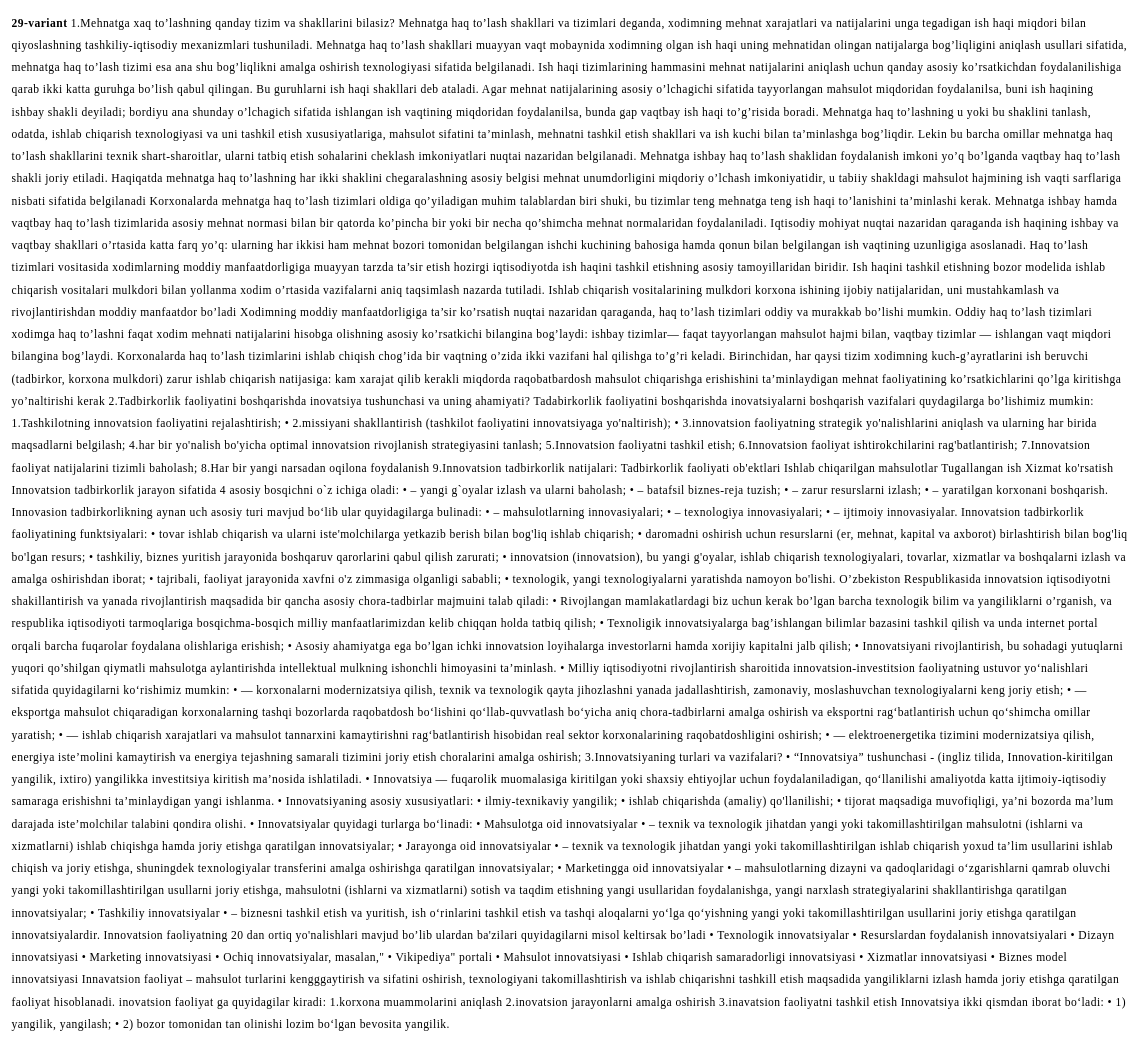
Repository: Ikromkhurozov/tsue-exam-answers
Page: index.html
The author's editor kept a copy of each file at every save. The page is drawn from the files as they stood at one save, then again after the next save.
The browser window is 1280 px wide. The pictures show the whole page, at 89% of full size.

Above is the page before, as saved 2024-01-15 00:55:52.

### index.html
<!DOCTYPE html>
<html lang="en">
  <head>
    <meta charset="UTF-8" />
    <meta name="viewport" content="width=device-width, initial-scale=1.0" />
    <title>Document</title>
    <style>
      mark {
        font-weight: bold;
      }

      div {
        padding: 5px;
      }

      * {
        letter-spacing: 0.5px;
        line-height: 25px;
        font-size: 13px;
      }
    </style>
  </head>
  <body>

   <div>


      <b>29-variant</b>
1.Mehnatga xaq to’lashning qanday tizim va shakllarini bilasiz? Mehnatga haq to’lash shakllari va tizimlari deganda, xodimning mehnat xarajatlari va natijalarini unga tegadigan ish haqi miqdori bilan qiyoslashning tashkiliy-iqtisodiy mexanizmlari tushuniladi. Mehnatga haq to’lash shakllari muayyan vaqt mobaynida xodimning olgan ish haqi uning mehnatidan olingan natijalarga bog’liqligini aniqlash usullari sifatida, mehnatga haq to’lash tizimi esa ana shu bog’liqlikni amalga oshirish texnologiyasi sifatida belgilanadi.
Ish haqi tizimlarining hammasini mehnat natijalarini aniqlash uchun qanday asosiy ko’rsatkichdan foydalanilishiga qarab ikki katta guruhga bo’lish qabul qilingan. Bu guruhlarni ish haqi shakllari deb ataladi. Agar mehnat natijalarining asosiy o’lchagichi sifatida tayyorlangan mahsulot miqdoridan foydalanilsa, buni ish haqining ishbay shakli deyiladi; bordiyu ana shunday o’lchagich sifatida ishlangan ish vaqtining miqdoridan foydalanilsa, bunda gap vaqtbay ish haqi to’g’risida boradi.
Mehnatga haq to’lashning u yoki bu shaklini tanlash, odatda, ishlab chiqarish texnologiyasi va uni tashkil etish xususiyatlariga, mahsulot sifatini ta’minlash, mehnatni tashkil etish shakllari va ish kuchi bilan ta’minlashga bog’liqdir. Lekin bu barcha omillar mehnatga haq to’lash shakllarini texnik shart-sharoitlar, ularni tatbiq etish sohalarini cheklash imkoniyatlari nuqtai nazaridan belgilanadi. Mehnatga ishbay haq to’lash shaklidan foydalanish imkoni yo’q bo’lganda vaqtbay haq to’lash shakli joriy etiladi. Haqiqatda mehnatga haq to’lashning har ikki shaklini chegaralashning asosiy belgisi mehnat unumdorligini miqdoriy o’lchash imkoniyatidir, u tabiiy shakldagi mahsulot hajmining ish vaqti sarflariga nisbati sifatida belgilanadi
Korxonalarda mehnatga haq to’lash tizimlari oldiga qo’yiladigan muhim talablardan biri shuki, bu tizimlar teng mehnatga teng ish haqi to’lanishini ta’minlashi kerak.
Mehnatga ishbay hamda vaqtbay haq to’lash tizimlarida asosiy mehnat normasi bilan bir qatorda ko’pincha bir yoki bir necha qo’shimcha mehnat normalaridan foydalaniladi.
Iqtisodiy mohiyat nuqtai nazaridan qaraganda ish haqining ishbay va vaqtbay shakllari o’rtasida katta farq yo’q: ularning har ikkisi ham mehnat bozori tomonidan belgilangan ishchi kuchining bahosiga hamda qonun bilan belgilangan ish vaqtining uzunligiga asoslanadi.
Haq to’lash tizimlari vositasida xodimlarning moddiy manfaatdorligiga muayyan tarzda ta’sir etish hozirgi iqtisodiyotda ish haqini tashkil etishning asosiy tamoyillaridan biridir. Ish haqini tashkil etishning bozor modelida ishlab chiqarish vositalari mulkdori bilan yollanma xodim o’rtasida vazifalarni aniq taqsimlash nazarda tutiladi. Ishlab chiqarish vositalarining mulkdori korxona ishining ijobiy natijalaridan, uni mustahkamlash va rivojlantirishdan moddiy manfaatdor bo’ladi
Xodimning moddiy manfaatdorligiga ta’sir ko’rsatish nuqtai nazaridan qaraganda, haq to’lash tizimlari oddiy va murakkab bo’lishi mumkin. Oddiy haq to’lash tizimlari xodimga haq to’lashni faqat xodim mehnati natijalarini hisobga olishning asosiy ko’rsatkichi bilangina bog’laydi: ishbay tizimlar— faqat tayyorlangan mahsulot hajmi bilan, vaqtbay tizimlar — ishlangan vaqt miqdori bilangina bog’laydi.
Korxonalarda haq to’lash tizimlarini ishlab chiqish chog’ida bir vaqtning o’zida ikki vazifani hal qilishga to’g’ri keladi. Birinchidan, har qaysi tizim xodimning kuch-g’ayratlarini ish beruvchi (tadbirkor, korxona mulkdori) zarur ishlab chiqarish natijasiga: kam xarajat qilib kerakli miqdorda raqobatbardosh mahsulot chiqarishga erishishini ta’minlaydigan mehnat faoliyatining ko’rsatkichlarini qo’lga kiritishga yo’naltirishi kerak

2.Tadbirkorlik faoliyatini boshqarishda inovatsiya tushunchasi va uning ahamiyati?
Tadabirkorlik faoliyatini boshqarishda inovatsiyalarni boshqarish vazifalari quydagilarga bo’lishimiz mumkin: 1.Tashkilotning innovatsion faoliyatini rejalashtirish;
•	2.missiyani shakllantirish (tashkilot faoliyatini innovatsiyaga yo'naltirish);
•	3.innovatsion faoliyatning strategik yo'nalishlarini aniqlash va ularning har birida maqsadlarni belgilash; 4.har bir yo'nalish bo'yicha optimal innovatsion rivojlanish strategiyasini tanlash; 5.Innovatsion faoliyatni tashkil etish; 6.Innovatsion faoliyat ishtirokchilarini rag'batlantirish; 7.Innovatsion faoliyat natijalarini tizimli baholash; 8.Har bir yangi narsadan oqilona foydalanish 9.Innovatsion tadbirkorlik natijalari: Tadbirkorlik faoliyati ob'ektlari Ishlab chiqarilgan mahsulotlar Tugallangan ish Xizmat ko'rsatish
Innovatsion tadbirkorlik jarayon sifatida 4 asosiy bosqichni o`z ichiga oladi:
•	– yangi g`oyalar izlash va ularni baholash;
•	– batafsil biznes-reja tuzish;
•	– zarur resurslarni izlash;
•	– yaratilgan korxonani boshqarish.

Innovasion tadbirkorlikning aynan uch asosiy turi mavjud boʻlib ular quyidagilarga bulinadi:
•	– mahsulotlarning innovasiyalari;
•	– texnologiya innovasiyalari;
•	– ijtimoiy innovasiyalar.

Innovatsion tadbirkorlik faoliyatining funktsiyalari:
•	tovar ishlab chiqarish va ularni iste'molchilarga yetkazib berish bilan bog'liq ishlab chiqarish;
•	daromadni oshirish uchun resurslarni (er, mehnat, kapital va axborot) birlashtirish bilan bog'liq bo'lgan resurs;
•	tashkiliy, biznes yuritish jarayonida boshqaruv qarorlarini qabul qilish zarurati;
•	innovatsion (innovatsion), bu yangi g'oyalar, ishlab chiqarish texnologiyalari, tovarlar, xizmatlar va boshqalarni izlash va amalga oshirishdan iborat;
•	tajribali, faoliyat jarayonida xavfni o'z zimmasiga olganligi sababli;
•	texnologik, yangi texnologiyalarni yaratishda namoyon bo'lishi.
	O’zbekiston Respublikasida innovatsion iqtisodiyotni shakillantirish va yanada rivojlantirish maqsadida bir qancha asosiy chora-tadbirlar majmuini talab qiladi:
•	Rivojlangan mamlakatlardagi biz uchun kerak bo’lgan barcha texnologik bilim va yangiliklarni o’rganish, va respublika iqtisodiyoti tarmoqlariga bosqichma-bosqich milliy manfaatlarimizdan kelib chiqqan holda tatbiq qilish;
•	Texnoligik innovatsiyalarga bag’ishlangan bilimlar bazasini tashkil qilish va unda internet portal orqali barcha fuqarolar foydalana olishlariga erishish;
•	Asosiy ahamiyatga ega bo’lgan ichki innovatsion loyihalarga investorlarni hamda xorijiy kapitalni jalb qilish;
•	Innovatsiyani rivojlantirish, bu sohadagi yutuqlarni yuqori qo’shilgan qiymatli mahsulotga aylantirishda intellektual mulkning ishonchli himoyasini ta’minlash.
•		Milliy iqtisodiyotni rivojlantirish sharoitida innovatsion-investitsion faoliyatning ustuvor yo‘nalishlari sifatida quyidagilarni ko‘rishimiz mumkin:
•	— korxonalarni modernizatsiya qilish, texnik va texnologik qayta jihozlashni yanada jadallashtirish, zamonaviy, moslashuvchan texnologiyalarni keng joriy etish;
•	— eksportga mahsulot chiqaradigan korxonalarning tashqi bozorlarda raqobatdosh bo‘lishini qo‘llab-quvvatlash bo‘yicha aniq chora-tadbirlarni amalga oshirish va eksportni rag‘batlantirish uchun qo‘shimcha omillar yaratish;
•	— ishlab chiqarish xarajatlari va mahsulot tannarxini kamaytirishni rag‘batlantirish hisobidan real sektor korxonalarining raqobatdoshligini oshirish;
•	— elektroenergetika tizimini modernizatsiya qilish, energiya iste’molini kamaytirish va energiya tejashning samarali tizimini joriy etish choralarini amalga oshirish;


3.Innovatsiyaning turlari va vazifalari?
•	“Innovatsiya”  tushunchasi - (ingliz tilida, Innovation-kiritilgan yangilik, ixtiro) yangilikka  investitsiya    kiritish     ma’nosida ishlatiladi.
•	Innovatsiya — fuqarolik muomalasiga kiritilgan yoki shaxsiy ehtiyojlar uchun foydalaniladigan, qo‘llanilishi amaliyotda katta ijtimoiy-iqtisodiy samaraga erishishni ta’minlaydigan yangi ishlanma.
•	Innovatsiyaning asosiy xususiyatlari:
•	ilmiy-texnikaviy yangilik;
•	ishlab chiqarishda (amaliy) qo'llanilishi;
•	tijorat maqsadiga muvofiqligi, ya’ni bozorda ma’lum darajada iste’molchilar
talabini qondira olishi.

•	Innovatsiyalar quyidagi turlarga bo‘linadi:
•	Mahsulotga oid innovatsiyalar
•	–  texnik va texnologik jihatdan yangi yoki takomillashtirilgan mahsulotni (ishlarni va xizmatlarni) ishlab chiqishga hamda joriy etishga qaratilgan innovatsiyalar;
•	Jarayonga oid innovatsiyalar
•	– texnik va texnologik jihatdan yangi yoki takomillashtirilgan ishlab chiqarish yoxud ta’lim usullarini ishlab chiqish va joriy etishga, shuningdek texnologiyalar transferini amalga oshirishga qaratilgan innovatsiyalar;
•	Marketingga oid innovatsiyalar
•	– mahsulotlarning dizayni va qadoqlaridagi o‘zgarishlarni qamrab oluvchi yangi yoki takomillashtirilgan usullarni joriy etishga, mahsulotni (ishlarni va xizmatlarni) sotish va taqdim etishning yangi usullaridan foydalanishga, yangi narxlash strategiyalarini shakllantirishga qaratilgan innovatsiyalar;
•	Tashkiliy innovatsiyalar
•	– biznesni tashkil etish va yuritish, ish o‘rinlarini tashkil etish va tashqi aloqalarni yo‘lga qo‘yishning yangi yoki takomillashtirilgan usullarini joriy etishga qaratilgan innovatsiyalardir.

Innovatsion faoliyatning 20 dan ortiq yo'nalishlari mavjud bo’lib ulardan ba'zilari quyidagilarni misol keltirsak bo’ladi
•	Texnologik innovatsiyalar
•	Resurslardan foydalanish innovatsiyalari
•	Dizayn innovatsiyasi
•	Marketing innovatsiyasi
•	Ochiq innovatsiyalar, masalan,"
•	Vikipediya" portali
•	Mahsulot innovatsiyasi
•	Ishlab chiqarish samaradorligi innovatsiyasi
•	Xizmatlar innovatsiyasi
•	Biznes model innovatsiyasi

Innavatsion faoliyat – mahsulot turlarini kengggaytirish va sifatini oshirish, texnologiyani takomillashtirish va ishlab chiqarishni  tashkill etish maqsadida yangiliklarni izlash hamda joriy etishga qaratilgan faoliyat hisoblanadi. inovatsion faoliyat ga quyidagilar kiradi: 1.korxona muammolarini aniqlash 2.inovatsion jarayonlarni amalga oshirish 3.inavatsion faoliyatni tashkil etish
Innovatsiya ikki qismdan iborat bo‘ladi:
•	1) yangilik, yangilash;
•	2) bozor tomonidan tan olinishi lozim bo‘lgan bevosita yangilik.






   </div>

  </body>
</html>

After the next save:
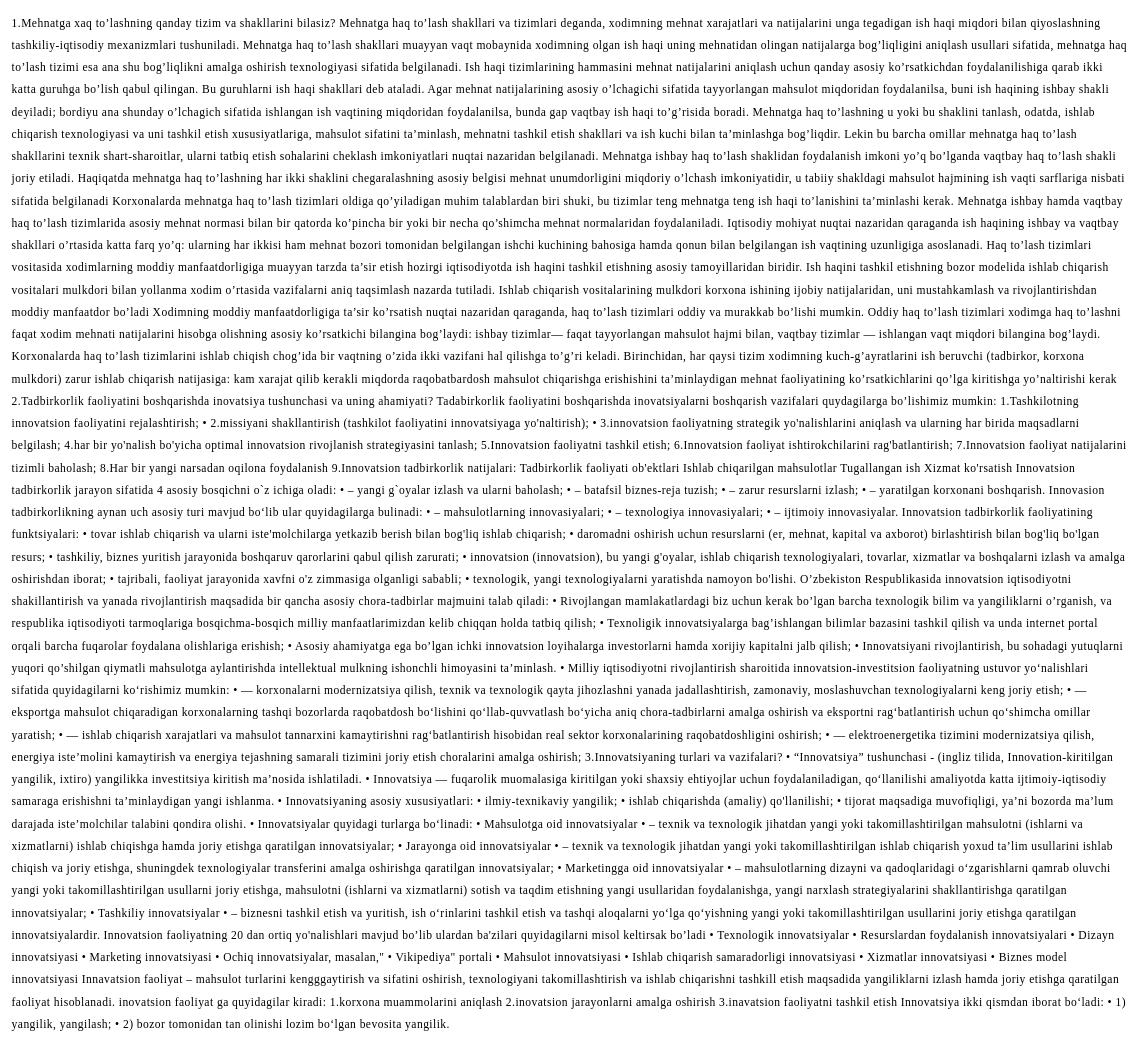
Saved 6 s later.
--- a/index.html
+++ b/index.html
@@ -25,7 +25,7 @@
    <div>
 
 
-      <b>29-variant</b>
+
 1.Mehnatga xaq to’lashning qanday tizim va shakllarini bilasiz? Mehnatga haq to’lash shakllari va tizimlari deganda, xodimning mehnat xarajatlari va natijalarini unga tegadigan ish haqi miqdori bilan qiyoslashning tashkiliy-iqtisodiy mexanizmlari tushuniladi. Mehnatga haq to’lash shakllari muayyan vaqt mobaynida xodimning olgan ish haqi uning mehnatidan olingan natijalarga bog’liqligini aniqlash usullari sifatida, mehnatga haq to’lash tizimi esa ana shu bog’liqlikni amalga oshirish texnologiyasi sifatida belgilanadi.
 Ish haqi tizimlarining hammasini mehnat natijalarini aniqlash uchun qanday asosiy ko’rsatkichdan foydalanilishiga qarab ikki katta guruhga bo’lish qabul qilingan. Bu guruhlarni ish haqi shakllari deb ataladi. Agar mehnat natijalarining asosiy o’lchagichi sifatida tayyorlangan mahsulot miqdoridan foydalanilsa, buni ish haqining ishbay shakli deyiladi; bordiyu ana shunday o’lchagich sifatida ishlangan ish vaqtining miqdoridan foydalanilsa, bunda gap vaqtbay ish haqi to’g’risida boradi.
 Mehnatga haq to’lashning u yoki bu shaklini tanlash, odatda, ishlab chiqarish texnologiyasi va uni tashkil etish xususiyatlariga, mahsulot sifatini ta’minlash, mehnatni tashkil etish shakllari va ish kuchi bilan ta’minlashga bog’liqdir. Lekin bu barcha omillar mehnatga haq to’lash shakllarini texnik shart-sharoitlar, ularni tatbiq etish sohalarini cheklash imkoniyatlari nuqtai nazaridan belgilanadi. Mehnatga ishbay haq to’lash shaklidan foydalanish imkoni yo’q bo’lganda vaqtbay haq to’lash shakli joriy etiladi. Haqiqatda mehnatga haq to’lashning har ikki shaklini chegaralashning asosiy belgisi mehnat unumdorligini miqdoriy o’lchash imkoniyatidir, u tabiiy shakldagi mahsulot hajmining ish vaqti sarflariga nisbati sifatida belgilanadi
